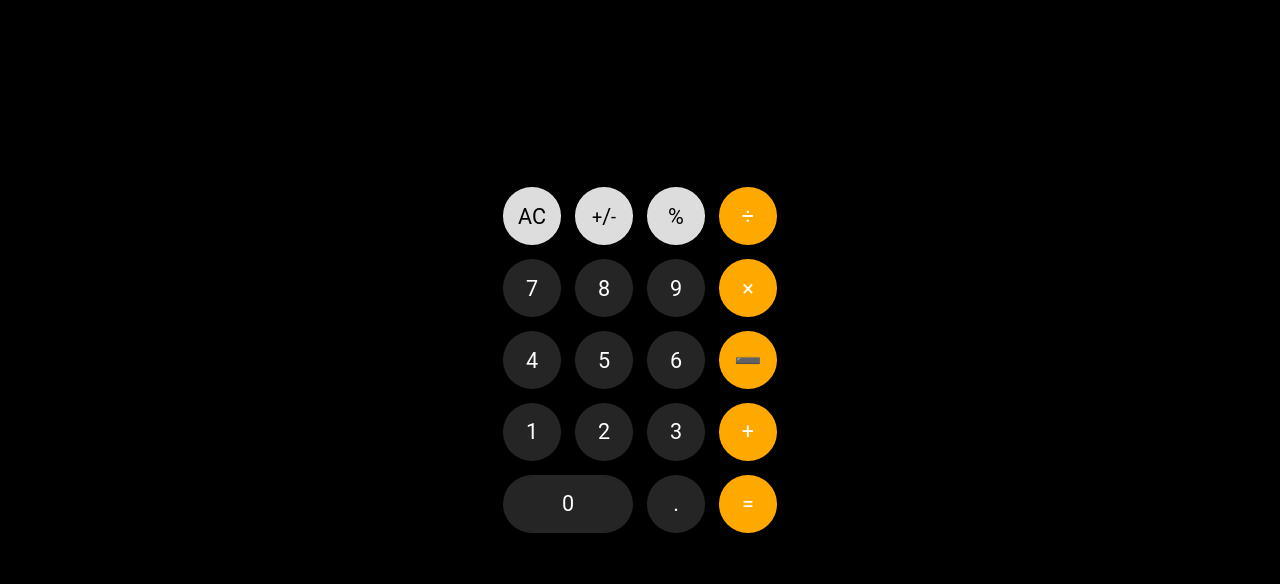
Repository: bombiux/calculadoraJS
Page: index.html
These files come from the project's save history. The page is drawn as it stood at one moment and after the next save; the edit follows.
The browser window is 1280 px wide. The pictures show the whole page.

Above is the page before, as saved 2020-08-08 18:45:58.

After the next save:
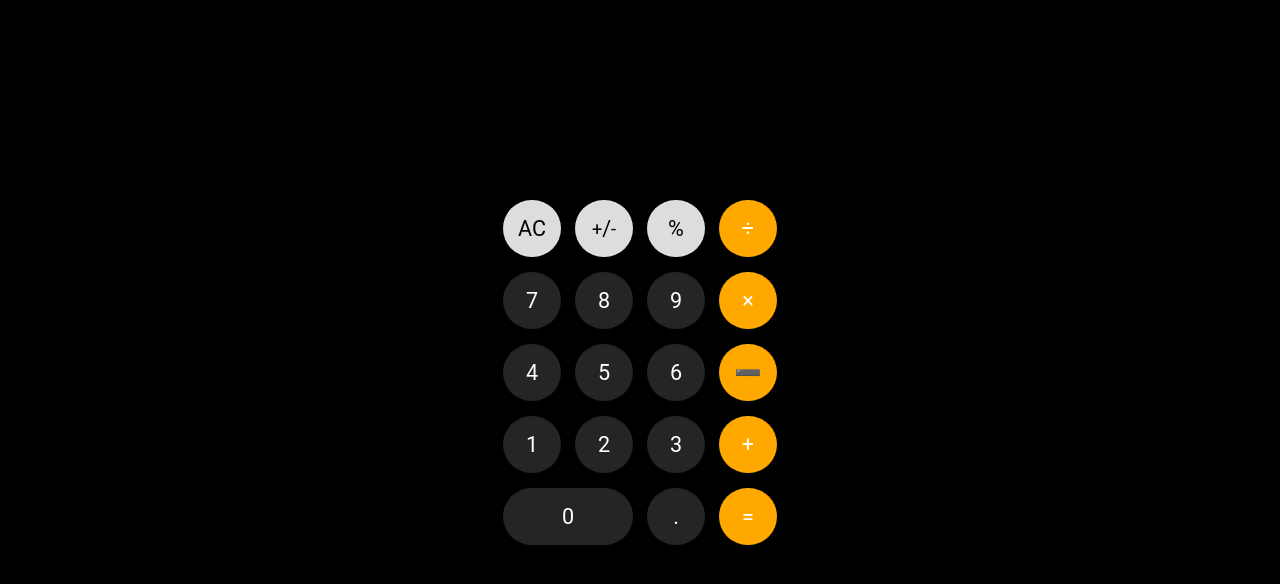
Saved 20 s later.
--- a/index.html
+++ b/index.html
@@ -8,6 +8,7 @@
 </head>
 <body>
     <div class="calculator">
+        input
         <div>
             <div class="special">AC</div>
             <div class="special"><sup>+</sup>/<sub>-</sub></div>
